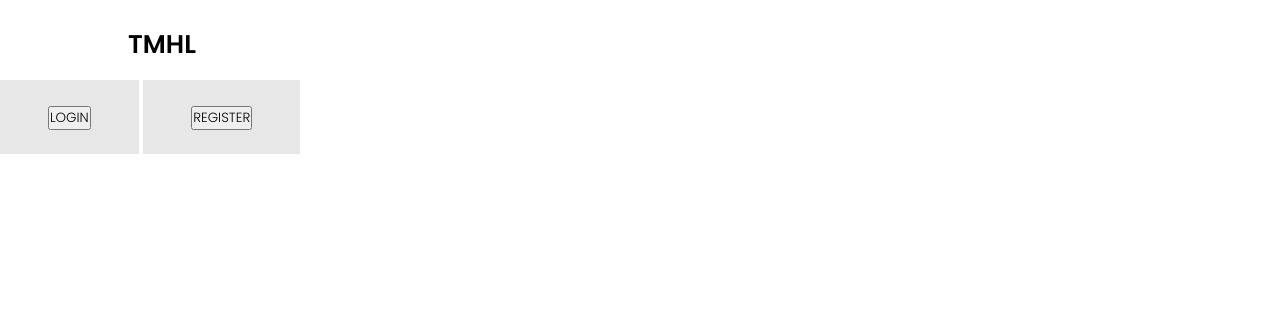
Repository: vu9ar/vu9ar.github.io
Page: WelcomePage/welcome.html
These files come from the project's save history. The page is drawn as it stood at one moment and after the next save; the edit follows.
The browser window is 1280 px wide. The pictures show the whole page.

Above is the page before, as saved 2022-03-27 18:13:02.

### WelcomePage/welcome.html
<!DOCTYPE html>
<html>

<head>
    <meta charset="UTF-8">
    <link rel="stylesheet" href="style.css">
    <link rel="preconnect" href="https://fonts.gstatic.com" crossorigin>
    <link href="https://fonts.googleapis.com/css2?family=Poppins:wght@300&display=swap" rel="stylesheet">
    <link href="https://fonts.googleapis.com/css2?family=Poppins:wght@600&display=swap" rel="stylesheet">
    <meta name="viewport" content="width-device-width, initial-scale=1.0">
    <title>TMHL</title>
</head>


<body>
    <!--
    <form action="../loginRegister/guestToVerifiedRegister.html">
        <button>Register</button>
    </form>
    <form action="../loginRegister/loginForVerified.html">
        <button>Login</button>
    </form> -->
    <div class="intro">
        <h1 class="logo-header">
            <span class="Logo">Mar</span> <span class="Logo">ginal</span>
        </h1>
    </div>

    <header>
        <h4>TMHL</h4>
    </header>

    <form action="../loginRegister/loginForVerified.html" class="button">
        <button>LOGIN</button>
    </form>

    <form action="/loginRegister/guestToVerifiedRegister.html" class="button">
        <button>REGISTER</button>
    </form>
    <script src="app.js"></script>

</body>


</html>

### WelcomePage/style.css
* {
    margin: 0;
    padding: 0;
    box-sizing: border-box;
    font-family: 'Poppins', sans-serif;
}

header {
    position: relative;
    left: 0;
    right: 0;
    width: 100%;
    height: 80px;
}

header h4 {
    position: absolute;
    left: 10%;
    bottom: 1rem;
    font-size: 1.6rem;
}


/* Splash */

.intro {
    position: fixed;
    z-index: 1;
    left: 0;
    right: 0;
    width: 100%;
    height: 100vh;
    background-color: #161616;
    transition: 1s;
}

.logo-header {
    position: absolute;
    top: 40%;
    left: 50%;
    transform: translate(-50%, -50%);
    color: #ffffff;
}

.Logo {
    position: relative;
    display: inline-block;
    /*left: 0;*/
    bottom: -20px;
    opacity: 0;
}

.Logo.active {
    bottom: 0;
    opacity: 1;
    transition: ease-in-out 0.5s;
}

.Logo.fade {
    bottom: 150px;
    opacity: 0;
    transition: ease-in-out 0.5;
}

.button {
    pointer-events: auto;
    cursor: pointer;
    background: #e7e7e7;
    border: none;
    padding: 1.5rem 3rem;
    margin: 0;
    font-family: inherit;
    font-size: inherit;
    position: relative;
    display: inline-block;
}

.button::before,
.button::after {
    position: absolute;
    top: 0;
    left: 0;
    width: 100%;
    height: 100%;
}

.button--janus {
    font-family: freight-display-pro, serif;
    font-weight: 900;
    width: 175px;
    height: 120px;
    color: #fff;
    background: none;
}

.button--janus::before {
    content: '';
    background: #e6e6e6;
    -webkit-clip-path: path("M154.5,88.5 C131,113.5 62.5,110 30,89.5 C-2.5,69 -3.5,42 4.5,25.5 C12.5,9 33.5,-6 85,3.5 C136.5,13 178,63.5 154.5,88.5 Z");
    clip-path: path("M154.5,88.5 C131,113.5 62.5,110 30,89.5 C-2.5,69 -3.5,42 4.5,25.5 C12.5,9 33.5,-6 85,3.5 C136.5,13 178,63.5 154.5,88.5 Z");
    transition: clip-path 0.5s cubic-bezier(0.585, 2.5, 0.645, 0.55), -webkit-clip-path 0.5s cubic-bezier(0.585, 2.5, 0.645, 0.55), background 0.5s ease;
}

.button--janus:hover::before {
    background: #000;
    -webkit-clip-path: path("M143,77 C117,96 74,100.5 45.5,91.5 C17,82.5 -10.5,57 5.5,31.5 C21.5,6 79,-5.5 130.5,4 C182,13.5 169,58 143,77 Z");
    clip-path: path("M143,77 C117,96 74,100.5 45.5,91.5 C17,82.5 -10.5,57 5.5,31.5 C21.5,6 79,-5.5 130.5,4 C182,13.5 169,58 143,77 Z");
}

.button--janus::after {
    content: '';
    height: 86%;
    width: 97%;
    top: 5%;
    border-radius: 58% 42% 55% 45% / 56% 45% 55% 44%;
    border: 1px solid #000;
    transform: rotate(-20deg);
    z-index: -1;
    transition: transform 0.5s cubic-bezier(0.585, 2.5, 0.645, 0.55);
}

.button--janus:hover::after {
    transform: translate3d(0, -5px, 0);
}

.button--janus span {
    display: block;
    transition: transform 0.3s ease;
    mix-blend-mode: difference;
}

.button--janus:hover span {
    transform: translate3d(0, -10px, 0);
}

### WelcomePage/app.js
let intro = document.querySelector('.intro');
let logo = document.querySelector('.logo-header');
let logoSpan = document.querySelectorAll('.Logo');


window.addEventListener('DOMContentLoaded', () => {

    setTimeout(() => {

        logoSpan.forEach((span, idx) => {
            setTimeout(() => {
                span.classList.add('active');
            }, (idx + 1) * 400);
        });

        setTimeout(() => {
            logoSpan.forEach((span, idx) => {

                setTimeout(() => {
                    span.classList.remove('active');
                    span.classList.add('fade');
                }, (idx + 1) * 50);
            })
        }, 2000);


        setTimeout(() => {
            intro.style.top = '-100vh';
        }, 2300);
    });
});

After the next save:
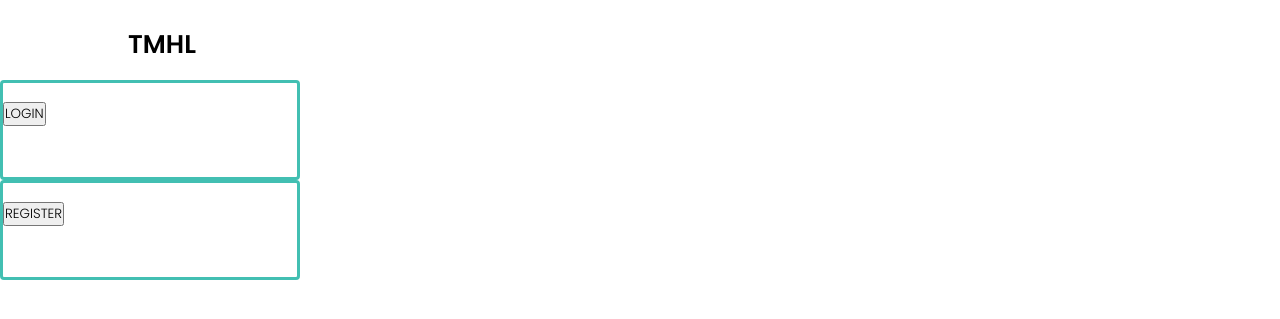
Saved 2 min 58 s later.
--- a/WelcomePage/style.css
+++ b/WelcomePage/style.css
@@ -63,72 +63,15 @@ header h4 {
 }
 
 .button {
-    pointer-events: auto;
-    cursor: pointer;
-    background: #e7e7e7;
+    width: 300px;
+    height: 100px;
     border: none;
-    padding: 1.5rem 3rem;
-    margin: 0;
-    font-family: inherit;
-    font-size: inherit;
+    color: white;
+    border-radius: 4px;
+    transition: ease-out 0.3s;
+    font-size: 2rem;
+    outline: none;
+    border: 3px solid #42BFB2;
     position: relative;
-    display: inline-block;
+    z-index: 1;
 }
-
-.button::before,
-.button::after {
-    position: absolute;
-    top: 0;
-    left: 0;
-    width: 100%;
-    height: 100%;
-}
-
-.button--janus {
-    font-family: freight-display-pro, serif;
-    font-weight: 900;
-    width: 175px;
-    height: 120px;
-    color: #fff;
-    background: none;
-}
-
-.button--janus::before {
-    content: '';
-    background: #e6e6e6;
-    -webkit-clip-path: path("M154.5,88.5 C131,113.5 62.5,110 30,89.5 C-2.5,69 -3.5,42 4.5,25.5 C12.5,9 33.5,-6 85,3.5 C136.5,13 178,63.5 154.5,88.5 Z");
-    clip-path: path("M154.5,88.5 C131,113.5 62.5,110 30,89.5 C-2.5,69 -3.5,42 4.5,25.5 C12.5,9 33.5,-6 85,3.5 C136.5,13 178,63.5 154.5,88.5 Z");
-    transition: clip-path 0.5s cubic-bezier(0.585, 2.5, 0.645, 0.55), -webkit-clip-path 0.5s cubic-bezier(0.585, 2.5, 0.645, 0.55), background 0.5s ease;
-}
-
-.button--janus:hover::before {
-    background: #000;
-    -webkit-clip-path: path("M143,77 C117,96 74,100.5 45.5,91.5 C17,82.5 -10.5,57 5.5,31.5 C21.5,6 79,-5.5 130.5,4 C182,13.5 169,58 143,77 Z");
-    clip-path: path("M143,77 C117,96 74,100.5 45.5,91.5 C17,82.5 -10.5,57 5.5,31.5 C21.5,6 79,-5.5 130.5,4 C182,13.5 169,58 143,77 Z");
-}
-
-.button--janus::after {
-    content: '';
-    height: 86%;
-    width: 97%;
-    top: 5%;
-    border-radius: 58% 42% 55% 45% / 56% 45% 55% 44%;
-    border: 1px solid #000;
-    transform: rotate(-20deg);
-    z-index: -1;
-    transition: transform 0.5s cubic-bezier(0.585, 2.5, 0.645, 0.55);
-}
-
-.button--janus:hover::after {
-    transform: translate3d(0, -5px, 0);
-}
-
-.button--janus span {
-    display: block;
-    transition: transform 0.3s ease;
-    mix-blend-mode: difference;
-}
-
-.button--janus:hover span {
-    transform: translate3d(0, -10px, 0);
-}
